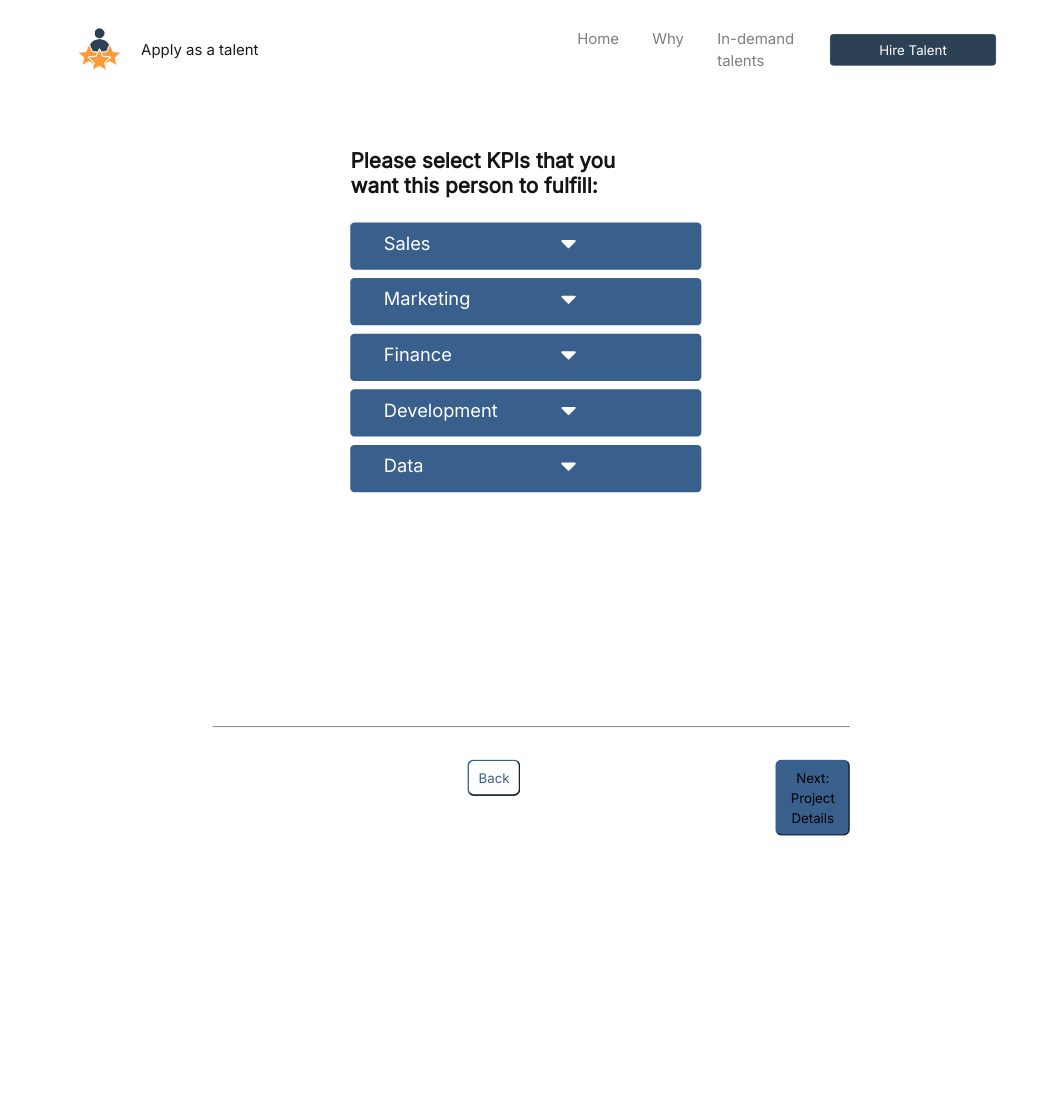
Repository: Ashwe9/talent-hire-reactJs
Page: /kpis
The author's editor kept a copy of each file at every save. The page is drawn from the files as they stood at one save, then again after the next save.
The browser window is 1280 px wide. The pictures show the whole page, at 83% of full size.
The project was rebuilt for these pictures with package versions that can differ from the ones it lists, and the page was loaded fresh each time. A package was used in the major version that the imports need, not the one package.json lists. Also part of the build but not shown: src/homePage/components/TrustedBy/TrustedBy.css, src/homePage/components/TrustedBy/TrustedBy.js, src/homePage/components/Roles/Roles.css, src/homePage/components/Roles/Roles.js, src/homePage/components/homePageFooter/HomePageFooter.css, src/homePage/components/homePageFooter/HomePageFooter.js, src/homePage/HomePage.js, src/kpisPage/Talents.css and 2 more.

Above is the page before, as saved 2022-08-18 18:04:51.

After the next save:
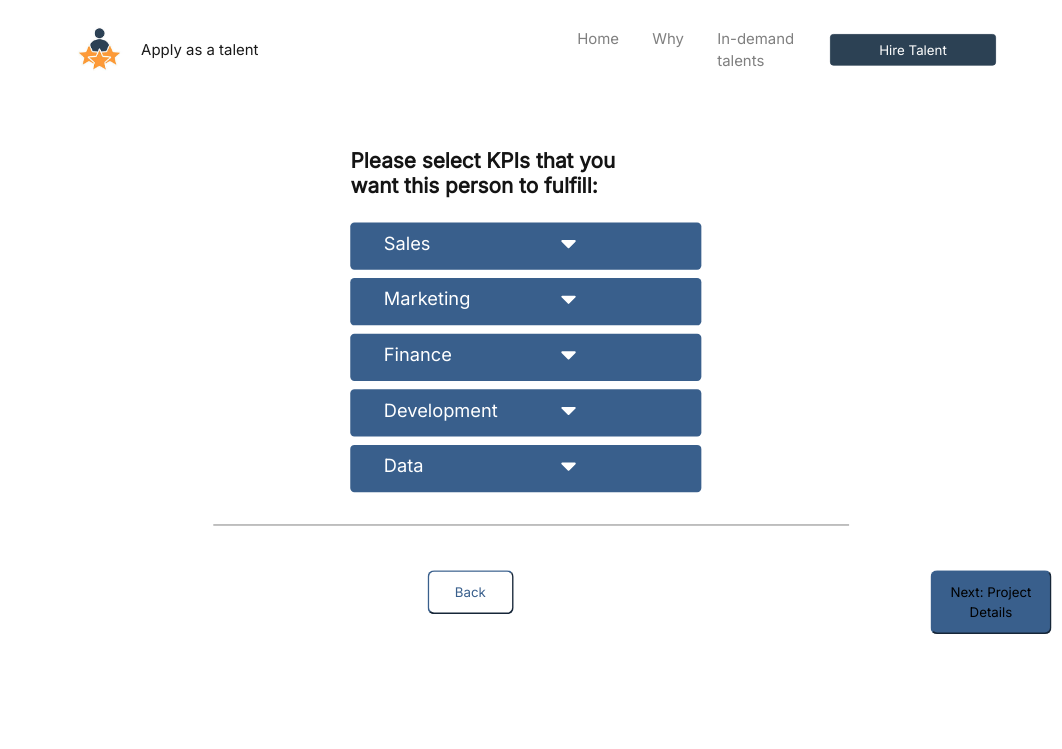
Saved 88 s later.
--- a/src/shared-components/Footer/Footer.css
+++ b/src/shared-components/Footer/Footer.css
@@ -1,8 +1,10 @@
 #footer-line{
     background-color: gray;
+    width: 61%;
 }
+
 .Footer-box{
-    padding: 20%;
+    padding: 1%;
 }
 
 .buttons{
